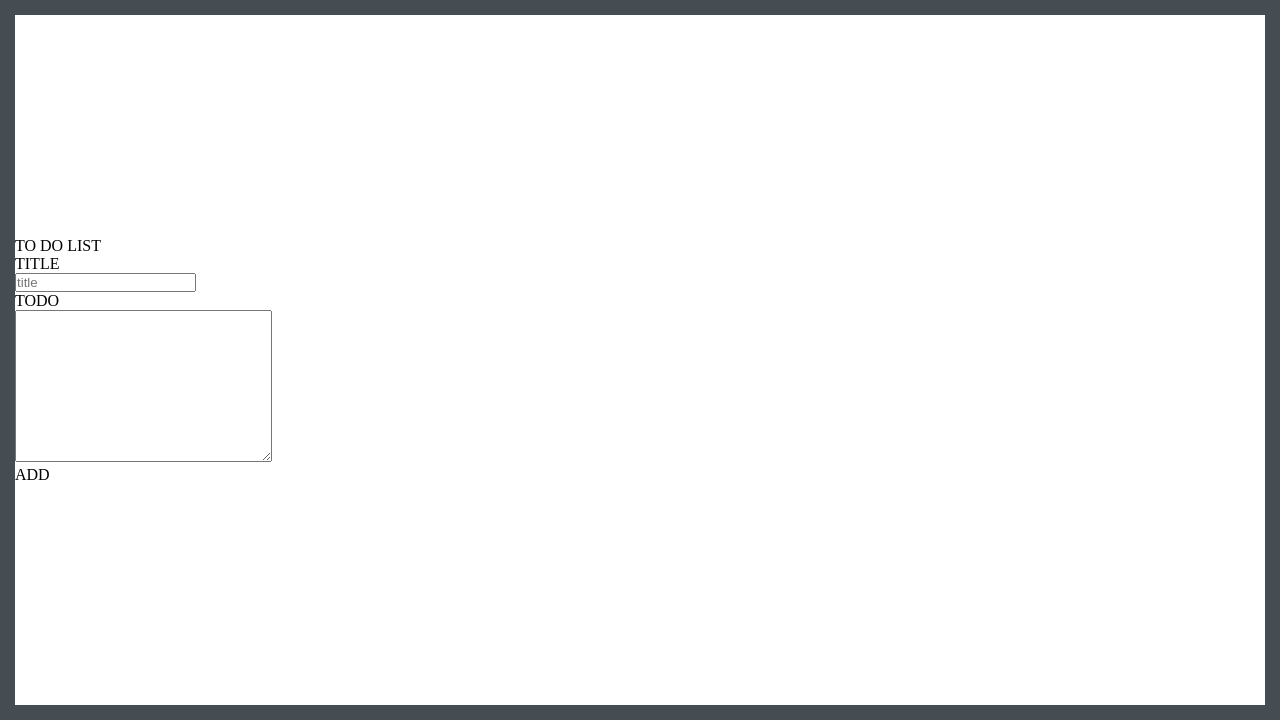
Repository: NagataRyuji0630/shinjin-otameshi
Page: todo_white_board.html
These files come from the project's save history. The page is drawn as it stood at one moment and after a run of saves; the edit follows.
The browser window is 1280 px wide. The pictures show the whole page.

Above is the page before, as saved 2020-06-11 22:25:02.
Not found: todoWhiteBoard.js

After the next 2 saves:
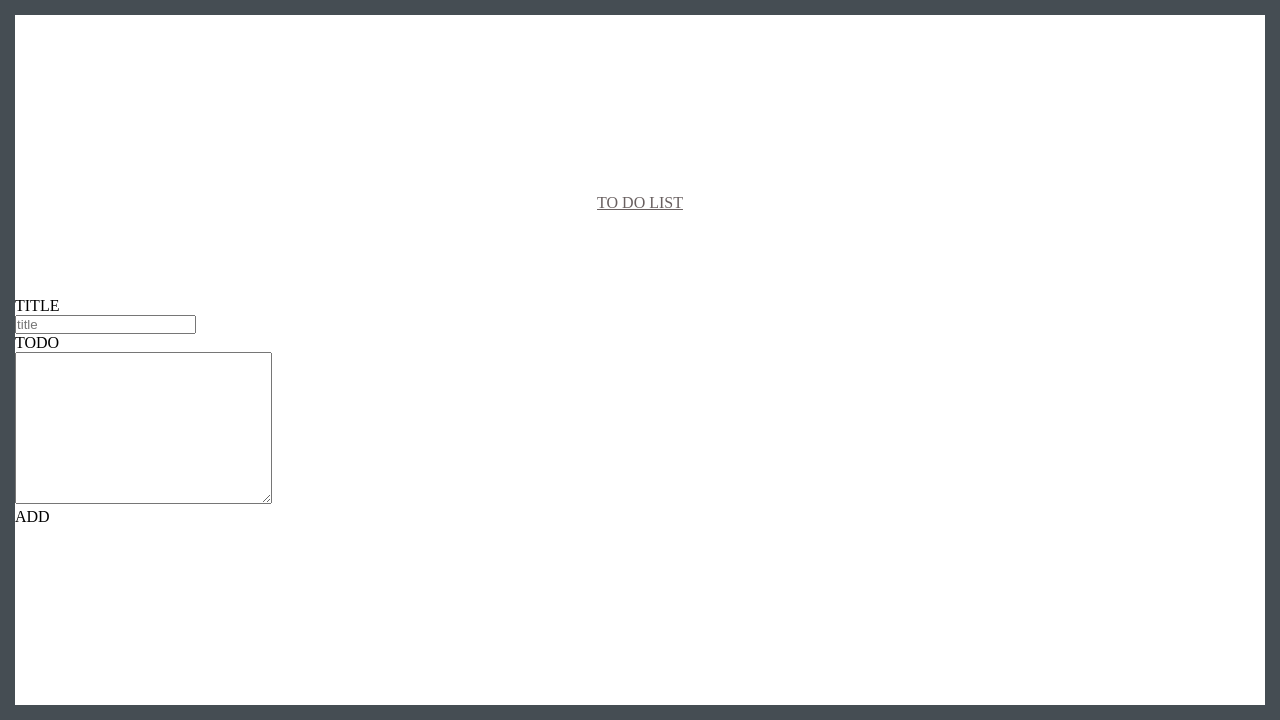
The 2 saves are shown as one change because they came seconds apart.
The last was saved 3 min 4 s later.
--- a/todo_white_board.css
+++ b/todo_white_board.css
@@ -19,3 +19,18 @@
     justify-content: center;
     flex-direction: column;
 }
+
+#board_title_container {
+    width: auto;
+    height: 15%;
+    justify-content: center;
+    align-items: center;
+}
+
+#board_title {
+    text-align: center;
+    text-decoration: underline;
+    font: Bold 50px;
+    letter-spacing: 0px;
+    color: #696060;
+}
